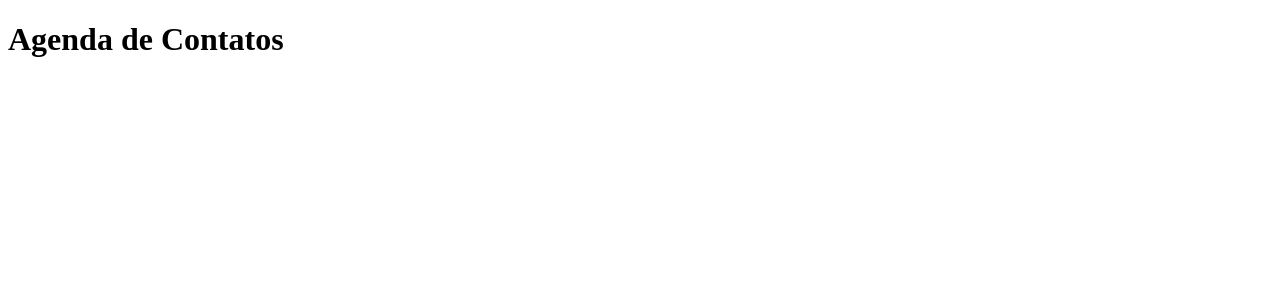
Repository: eduardoantoniojunior/ProjetoAgenda
Page: http://localhost/agenda/agenda.jsp
The author's editor kept a copy of each file at every save. The page is drawn from the files as they stood at one save, then again after the next save.
The browser window is 1280 px wide. The pictures show the whole page.
The page is served by Tomcat 9. Other server files are loaded and not shown.

Above is the page before, as saved 2025-04-08 03:22:05.

### agenda/src/main/webapp/agenda.jsp
<%@ page language="java" contentType="text/html; charset=UTF-8"
    pageEncoding="UTF-8"%>
<!DOCTYPE html>
<html lang="pt-br">
<head>
<meta charset="UTF-8">
<title>Agenda de Contatos</title>
</head>
<body>
	<h1>Agenda de Contatos</h1>
</body>
</html>

After the next save:
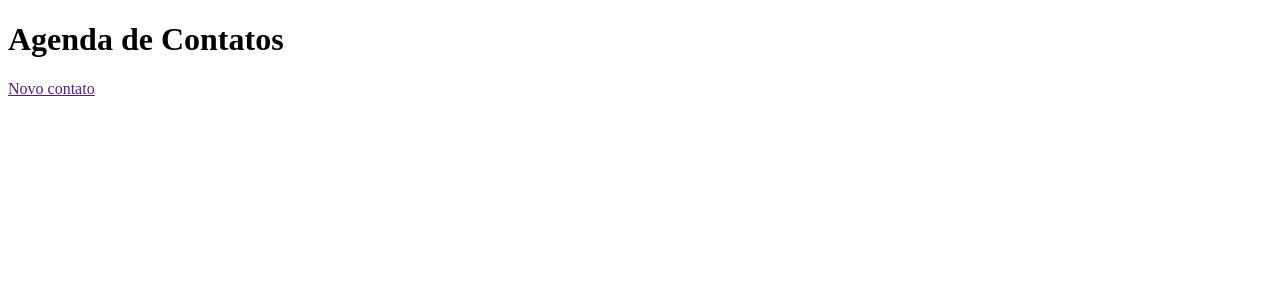
Saved 27 s later.
--- a/agenda/src/main/webapp/agenda.jsp
+++ b/agenda/src/main/webapp/agenda.jsp
@@ -8,5 +8,6 @@
 </head>
 <body>
 	<h1>Agenda de Contatos</h1>
+	<a href="">Novo contato</a>
 </body>
 </html>
